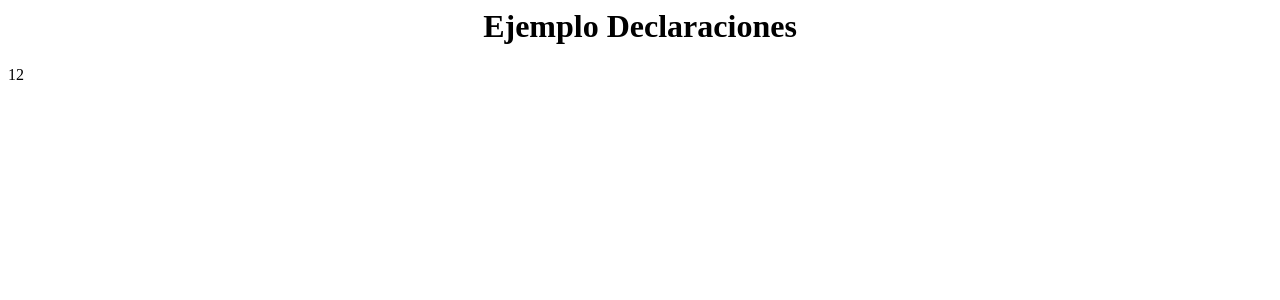
Repository: jchemile/varios
Page: http://localhost/Primeros_pasos_JSP/EjemploDeclaraciones.jsp
An editor plug-in stored every save of this project. The page is shown before and after the next save, followed by the edit.
The browser window is 1280 px wide. The pictures show the whole page.
The page is served by Tomcat 9.

Above is the page before, as saved 2020-04-19 03:50:31.

After the next save:
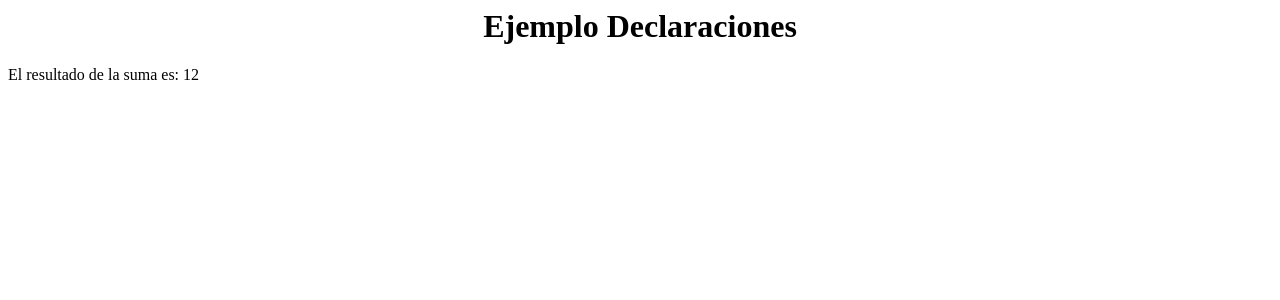
Saved 34 s later.
--- a/pildoras_informaticas/javaee/Primeros_pasos_JSP/WebContent/EjemploDeclaraciones.jsp
+++ b/pildoras_informaticas/javaee/Primeros_pasos_JSP/WebContent/EjemploDeclaraciones.jsp
@@ -24,7 +24,7 @@ public int metodoMultiplica(int num1, int num2){
 }
 %>
 
-<%= metodoSuma(7,5) %>
+El resultado de la suma es: <%= metodoSuma(7,5) %>
 
 </body>
 </html>
